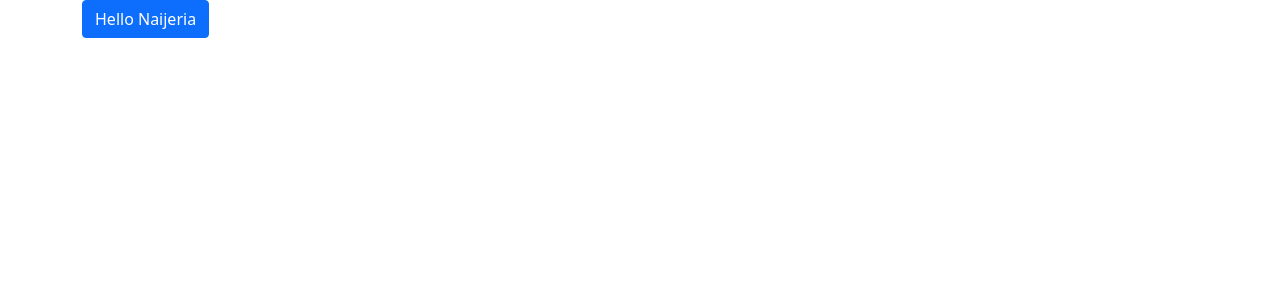
Repository: nashthecoder/vuebasics
Page: twoway-databinding.html
The author's editor kept a copy of each file at every save. The page is drawn from the files as they stood at one save, then again after the next save.
The browser window is 1280 px wide. The pictures show the whole page.

Above is the page before, as saved 2021-01-05 17:51:23.

### twoway-databinding.html

<!DOCTYPE html>
<html>
<head>
  <meta charset="utf-8">
  <meta name="viewport" content="width=device-width, initial-scale=1">

  <title></title>
   <meta charset="utf-8">
    <meta name="viewport" content="width=device-width, initial-scale=1">
    <link href="https://cdn.jsdelivr.net/npm/bootstrap@5.0.0-beta1/dist/css/bootstrap.min.css" rel="stylesheet" integrity="sha384-giJF6kkoqNQ00vy+HMDP7azOuL0xtbfIcaT9wjKHr8RbDVddVHyTfAAsrekwKmP1" crossorigin="anonymous">

</head>
<body>

<div class="container">

  <div id="app">

    <h1 class="btn btn-primary">{{ message }}</h1>

  </div>

</div>



<script src="https://cdn.jsdelivr.net/npm/vue@2/dist/vue.js"></script>


<script>

  let vm = new Vue({

    el: '#app',
    data: {

      message: 'Hello Naijeria',

    }

  })

</script>
</body>
</html>

After the next save:
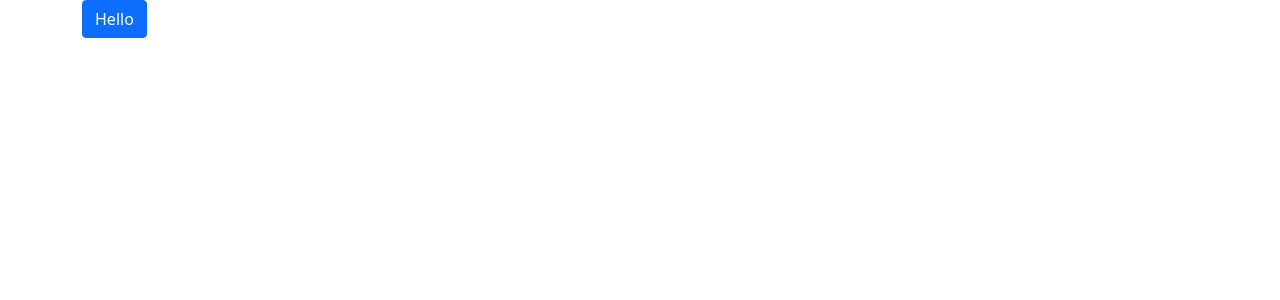
Saved 45 s later.
--- a/twoway-databinding.html
+++ b/twoway-databinding.html
@@ -35,7 +35,7 @@
     el: '#app',
     data: {
 
-      message: 'Hello Naijeria',
+      message: 'Hello',
 
     }
 
